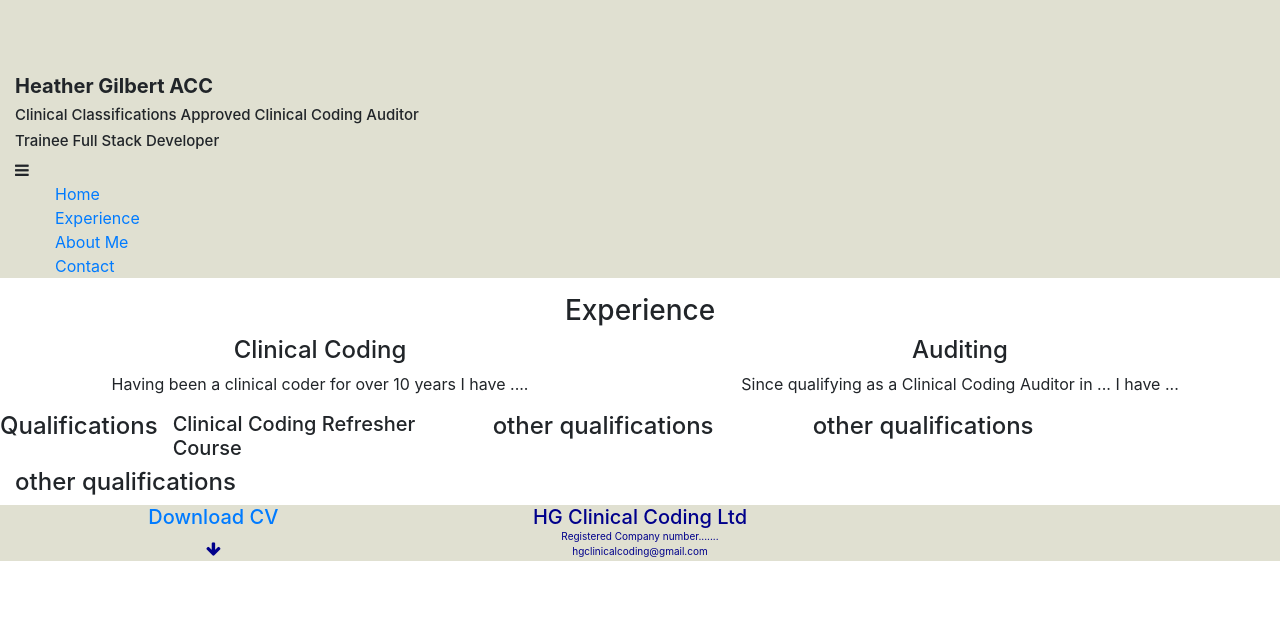
Repository: Code-Institute-Submissions/fsd-ms-project1-resume
Page: resume.html
The author's editor kept a record of every edit. The page is drawn from the files as they stood at one moment, then again after the next edit.
The browser window is 1280 px wide. The pictures show the whole page.

Above is the page before.

### resume.html
<!DOCTYPE html>
<html lang="en">

<head>
    <meta charset="UTF-8">
    <meta name="viewport" content="width=device-width, initial-scale=1.0">
    <meta http-equiv="X-UA-Compatible" content="ie=edge">
    <link rel="stylesheet" href="https://stackpath.bootstrapcdn.com/bootstrap/4.3.1/css/bootstrap.min.css" type="text/css" />
    <link rel="stylesheet" href="https://stackpath.bootstrapcdn.com/font-awesome/4.7.0/css/font-awesome.min.css" type="text/css" />
    <link rel="stylesheet" href="https://cdnjs.cloudflare.com/ajax/libs/hover.css/2.3.1/css/hover-min.css" type="text/css" />
    <link rel="stylesheet" href="assets/css/style.css" />
    <title>Heather Gilbert ACC</title>
</head>

<body>

    <header>
        <div id="navbar">
            <a class="col-md-12 logo" href="index.html"></a>
            <div class="col">
                <div class="bg-header">
                    <h1 class="name">Heather Gilbert ACC</h1>
                    <h3 class="title">Clinical Classifications Approved Clinical Coding Auditor</h3>
                    <h5 class="title">Trainee Full Stack Developer</h5>
                </div>
            </div>
            <div class="col">
                <div class="menu">
                    <i class="fa fa-bars" aria-hidden="true"></i>
                    <ul class="menu-content">
                        <li><a href="index.html">Home</a></li>
                        <li><a href="resume.html">Experience</a></li>
                        <li><a href="about.hmtl">About Me</a></li>
                        <li><a href="contact.html">Contact</a></li>
                    </ul>
                </div>
            </div>
        </div>

    </header>

    <section class="container-fluid">
        <div class="row work-section">
            <div class="col-md-12">
                <h3 class="work">Experience</h3>
            </div>
            <div class="col-md-6">
                <h4 class="coding">Clinical Coding</h4>
                <p>
                    Having been a clinical coder for over 10 years I have ....
                </p>
            </div>
            <div class="col-md-6">
                <h4 class="audit">Auditing</h4>
                <p>
                    Since qualifying as a Clinical Coding Auditor in ... I have ...
                </p>
            </div>
        </div>
        <div class="row qualificatios">
                <h4>Qualifications</h4>
                <div class="timeline col-sm-3" data-dates="2019">
                    <h5>Clinical Coding Refresher Course</h5>
                </div>
                <div class="timeline col-sm-3" data-dates="2018">
                    <h4> other qualifications</h4>
                </div>
                <div class="timeline col-sm-3" data-dates="2017">
                    <h4>other qualifications</h4>
                </div>
                <div class="timeline col-sm-3" data-dates="2016">
                    <h4>other qualifications</h4>
                </div>
            </div>
        </div>
        </div>
    </section>


</body>



<footer class="container-fluid">
    <div class="row">
        <div class="col-sm-4 contact">
            <a href="contact.html>Contact Me /a>
            <i class=" fa fa-address-book-o " aria-hidden="true /></i>
        </div>
        <div class="col-sm-4 ">
            <h5>Download CV</h5>
            <a href="# " target="_blank "></a>
            <i class="fa fa-arrow-down " aria-hidden="true "></i>
        </div>
        <div class="col-sm-4 ">
            <h5 class="company-name ">HG Clinical Coding Ltd</h5>
            <p class="company-details ">Registered Company number.......</p>
            <p class="company-details ">hgclinicalcoding@gmail.com</p>
        </div>
    </div>


</footer>
</body>

</html>

### assets/css/style.css
@import url('https://fonts.googleapis.com/css?family=Lato:100,200,300,400,500,600,700&display=swap');

/*-----------------------------------------Colours*/


/*-----------------------------------------Special paddings/margins/text*/


/*-----------------------------------------Header*/

#navbar {
    background-color: #e0e0d1;
}

.name {
    font-size: 20px;
    font-weight: 700;
    margin-top: 50px;
}

.title {
    font-size: 15px;
    margin-top: 5px;
}

.menu {
    list-style: none;

}

.menu-content {
    list-style:none;
}


/*-----------------------------------------Hover.css*/

.menu:hover {
    color: #b3cccc;
}


/*-----------------------------------------Footer*/

footer {
    background-color: #e0e0d1;
    color: darkblue;
    min-height:50px;
    margin: 0;
    text-align:center
}

.company-name {
    margin:0;
    padding:0;
}

.company-details {
    font-size:10px;
    margin:0;
    padding:0;
}

#footer-details {
    padding: 20px;
}

/*-----------------------------------------Work / Education History*/

.work-section {
    text-align:center;
}

.work {
    text-align:center;

}

.qualifications {
    margin-bottom: 25px
}

/*-----------------------------------------About Me*/


/*-----------------------------------------Contact Form*/


/*-----------------------------------------Media Queries*/

After the next edit:
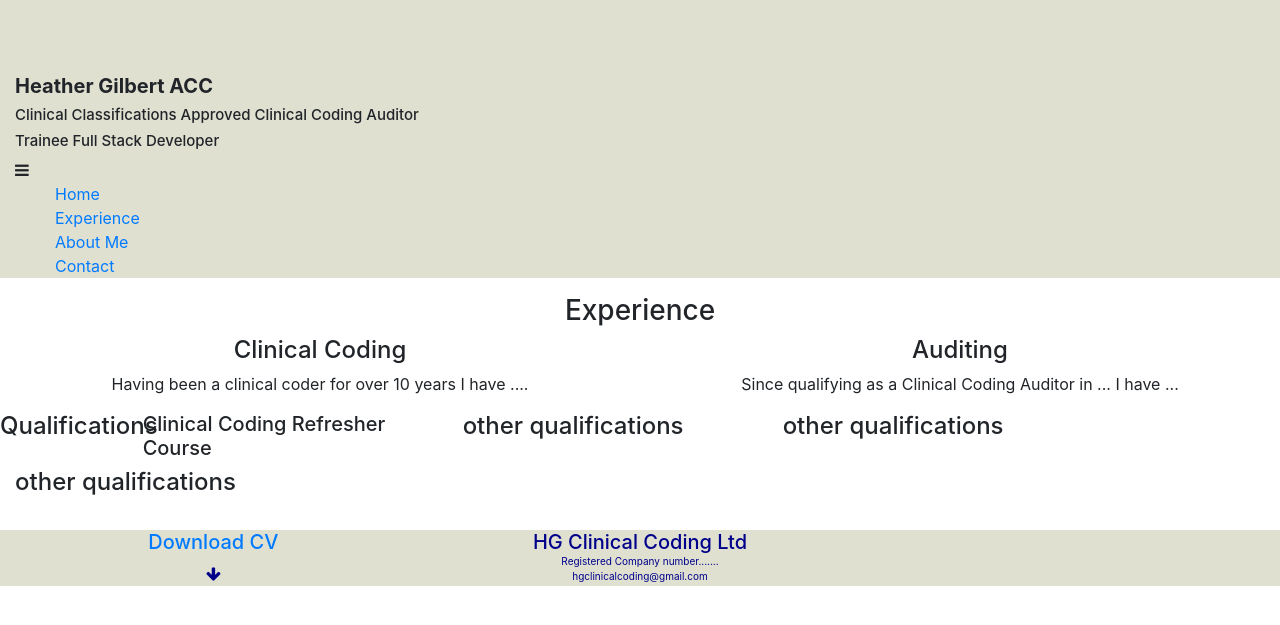
The edit:
--- a/resume.html
+++ b/resume.html
@@ -57,20 +57,20 @@
                 </p>
             </div>
         </div>
-        <div class="row qualificatios">
-                <h4>Qualifications</h4>
-                <div class="timeline col-sm-3" data-dates="2019">
-                    <h5>Clinical Coding Refresher Course</h5>
-                </div>
-                <div class="timeline col-sm-3" data-dates="2018">
-                    <h4> other qualifications</h4>
-                </div>
-                <div class="timeline col-sm-3" data-dates="2017">
-                    <h4>other qualifications</h4>
-                </div>
-                <div class="timeline col-sm-3" data-dates="2016">
-                    <h4>other qualifications</h4>
-                </div>
+        <div class="row qualifications">
+            <h4>Qualifications</h4>
+            <div class="row"></div>
+            <div class="timeline col-sm-3" data-dates="2019">
+                <h5>Clinical Coding Refresher Course</h5>
+            </div>
+            <div class="timeline col-sm-3" data-dates="2018">
+                <h4> other qualifications</h4>
+            </div>
+            <div class="timeline col-sm-3" data-dates="2017">
+                <h4>other qualifications</h4>
+            </div>
+            <div class="timeline col-sm-3" data-dates="2016">
+                <h4>other qualifications</h4>
             </div>
         </div>
         </div>
